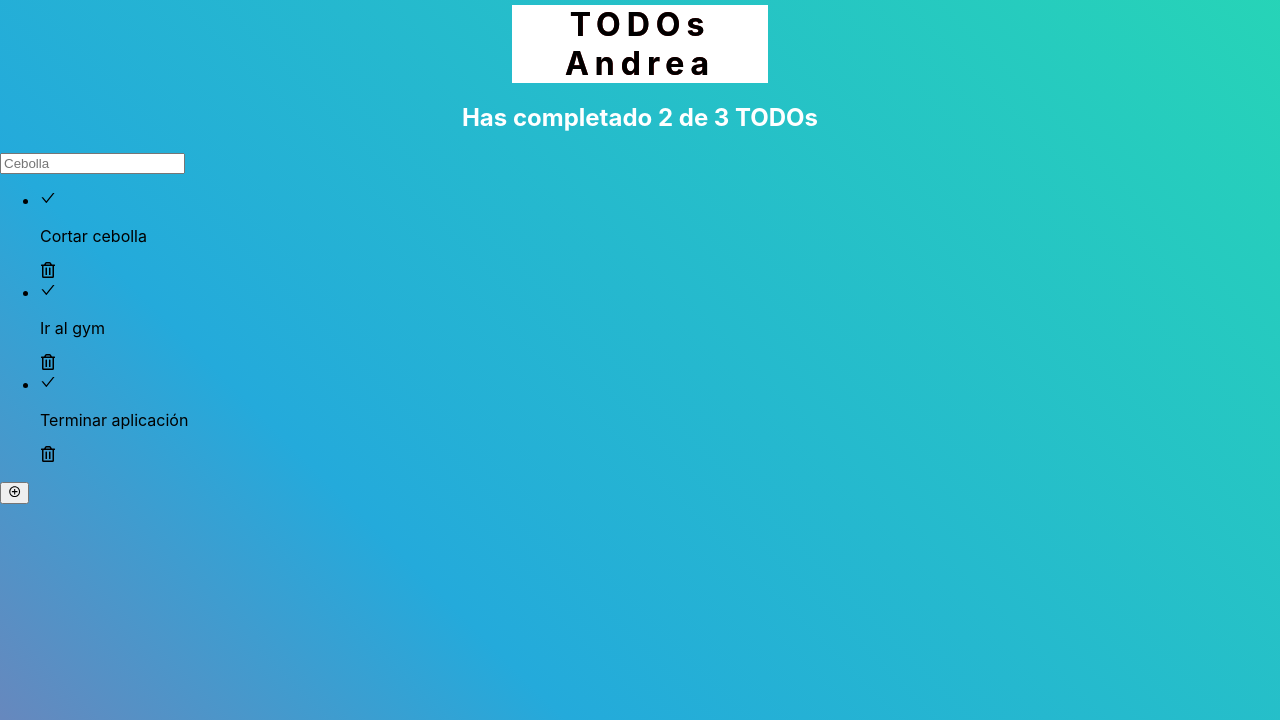
Repository: Pandrea-hub/TODOs
Page: /
The author's editor kept a copy of each file at every save. The page is drawn from the files as they stood at one save, then again after the next save.
The browser window is 1280 px wide. The pictures show the whole page.
The pointer rests on the first visible `.title h1`.
The project was rebuilt for these pictures with package versions that can differ from the ones it lists, and the page was loaded fresh each time. Also part of the build but not shown: src/TodoItem.css.

Above is the page before, as saved 2022-06-07 09:15:55.

### src/index.js
import React from 'react';
import ReactDOM from 'react-dom/client';
import './index.css';
import App from './App';


const root = ReactDOM.createRoot(document.getElementById('root'));
root.render(
  <App/>
);

### src/index.css
body {
  margin: 0;
  font-family: -apple-system, BlinkMacSystemFont, 'Segoe UI', 'Roboto', 'Oxygen',
    'Ubuntu', 'Cantarell', 'Fira Sans', 'Droid Sans', 'Helvetica Neue',
    sans-serif;
  -webkit-font-smoothing: antialiased;
  -moz-osx-font-smoothing: grayscale;
}

code {
  font-family: source-code-pro, Menlo, Monaco, Consolas, 'Courier New',
    monospace;
}

#root{
  width: 100%;
  height: 100%;
  position: absolute;
  background: linear-gradient(45deg,#F17C58, #E94584, #24AADB , #27DBB1,#FFDC18, #FF3706);
  background-size: 600% 100%;
  animation: gradient 16s linear infinite;
  animation-direction: alternate;
}

@keyframes gradient {
  0% {background-position: 0%}
  100% {background-position: 100%}
}

### src/App.js
//import './App.css';
import React from 'react';
import { TodoCounter } from './TodoCounter';
import { TodoItem } from './TodoItem';
import { CreateTodoButton } from './CreateTodoButton';
import { TodoList } from './TodoList';
import { TodoSearch } from './TodoSearch';


const todos = [
  {text: 'Cortar cebolla',completed: false},
  {text: 'Ir al gym',completed: false},
  {text: 'Terminar aplicación',completed: false},
]


function App() {
  return (
    <React.Fragment>
      <TodoCounter />
      <TodoSearch />


      <TodoList>
        {todos.map(todo =>(
          <TodoItem key={todo.text} text={todo.text} completed={todo.completed}/>
        ))}
      </TodoList>
      <CreateTodoButton />
    </React.Fragment>

  );
}

export default App;

### src/TodoCounter.js
import React from 'react';
import './TodoCounter.css';

function TodoCounter(){
    return (
        <div className='title'>
            <h1>TODOs Andrea</h1>
            <h2 className='TodoCounter'>Has completado 2 de 3 TODOs</h2>
        </div>
    );
}

export { TodoCounter };

### src/TodoItem.js
import React from 'react';
import './TodoItem.css';
import {AiOutlineCheck} from 'react-icons/ai';
import {FaRegTrashAlt} from 'react-icons/fa';

function TodoItem(props){
    return (
        <li className='TodoItem'>
            <span className={`Icon Icon-check ${props.completed && 'Icon-check--activate' }`}>
                <AiOutlineCheck />
            </span>
            <p className={`TodoItem-p ${props.completed && 'TodoItem-p--complete'}`}>
                {props.text}
            </p>
            <span className='Icon Icon-delete'>
               <FaRegTrashAlt />
            </span>
        </li>
    );

}

export {TodoItem};

### src/CreateTodoButton.js
import React from 'react';
import {IoMdAddCircleOutline} from 'react-icons/io';

function CreateTodoButton(props){
    return(
        <button>
            <IoMdAddCircleOutline />
        </button>
    );
}

export {CreateTodoButton};

### src/TodoList.js
import React from "react";


function TodoList(props){
    return(
        <section>
            <ul>
                {props.children}
            </ul>
        </section>

    );
}


export {TodoList};

### src/TodoSearch.js
import React from 'react';


function TodoSearch(){
    return(
        <input placeholder="Cebolla" />
    );
}

export { TodoSearch};

### src/TodoCounter.css
.title{
    text-align: center;
    color:white;
}

.title h1{
    color:black;
    background-color:white;
    width: 20%;
    margin: 5px auto;
    letter-spacing: 6px;
    text-shadow: red 0 0, cyan 0 0;
    transition: text-shadow 200ms;
}

Loaded but not shown: public/index.html (common file); public/manifest.json (common file)

After the next save:
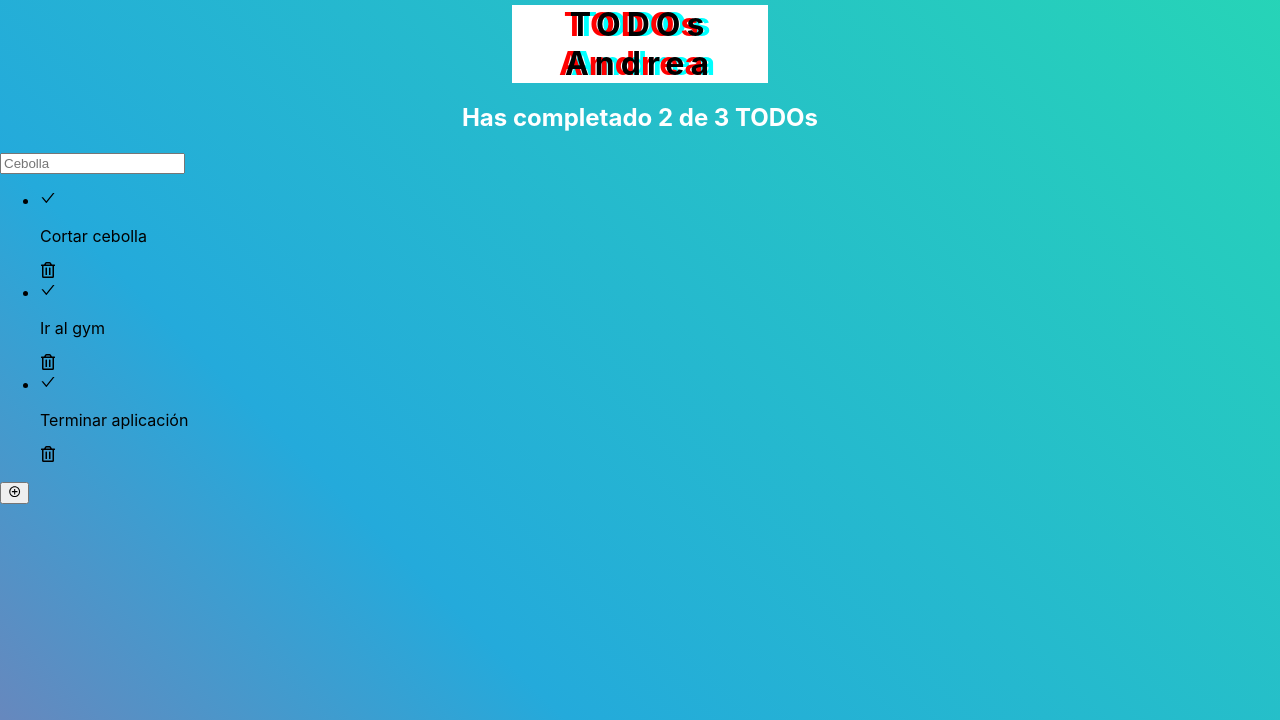
Saved 42 s later.
--- a/src/TodoCounter.css
+++ b/src/TodoCounter.css
@@ -12,3 +12,7 @@
     text-shadow: red 0 0, cyan 0 0;
     transition: text-shadow 200ms;
 }
+
+.title h1:hover{
+    text-shadow: red -6px 0, cyan 6px 0;
+}
